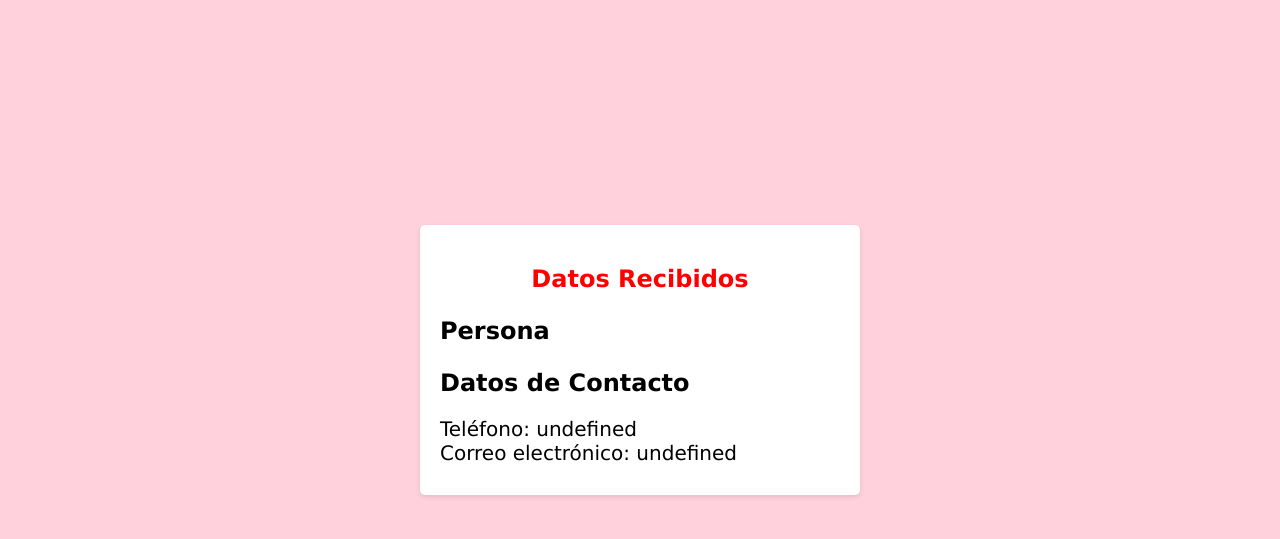
Repository: UVMCoyoacan/InnovaWeb
Page: recibedatosCV.html
The author's editor kept a copy of each file at every save. The page is drawn from the files as they stood at one save, then again after the next save.
The browser window is 1280 px wide. The pictures show the whole page.

Above is the page before, as saved 2024-03-01 12:05:16.

After the next save:
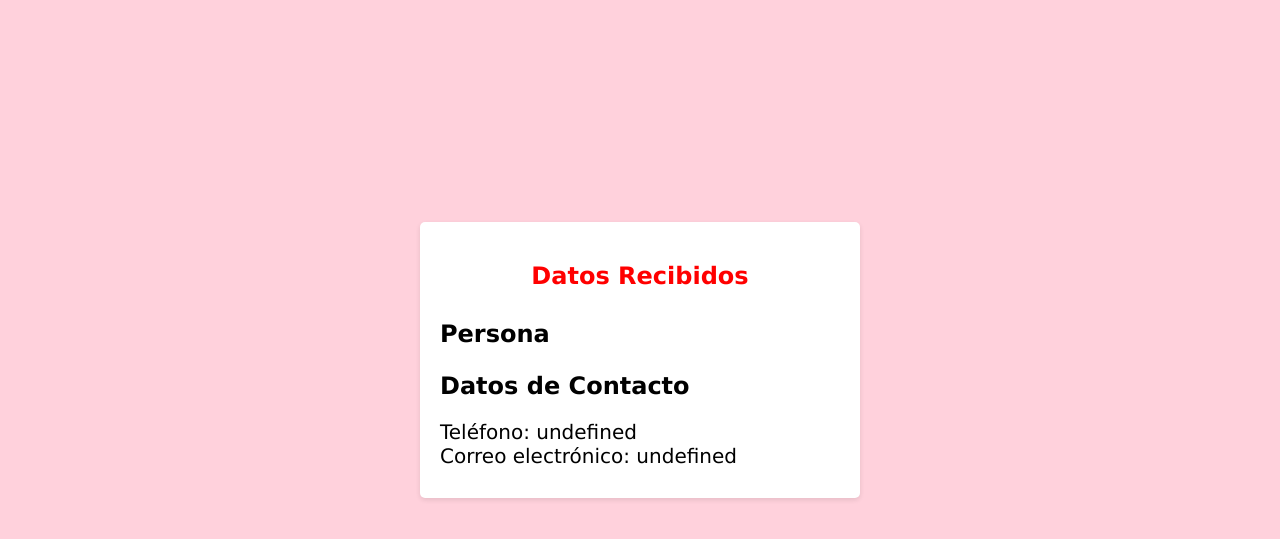
Saved 41 s later.
--- a/recibedatosCV.html
+++ b/recibedatosCV.html
@@ -21,7 +21,7 @@
             box-shadow: 0 2px 5px rgba(0, 0, 0, 0.1);
         }
         h2 {
-            margin-bottom: 20px;
+            margin-bottom: 30px;
             text-align: center;
             color: red;
         }
